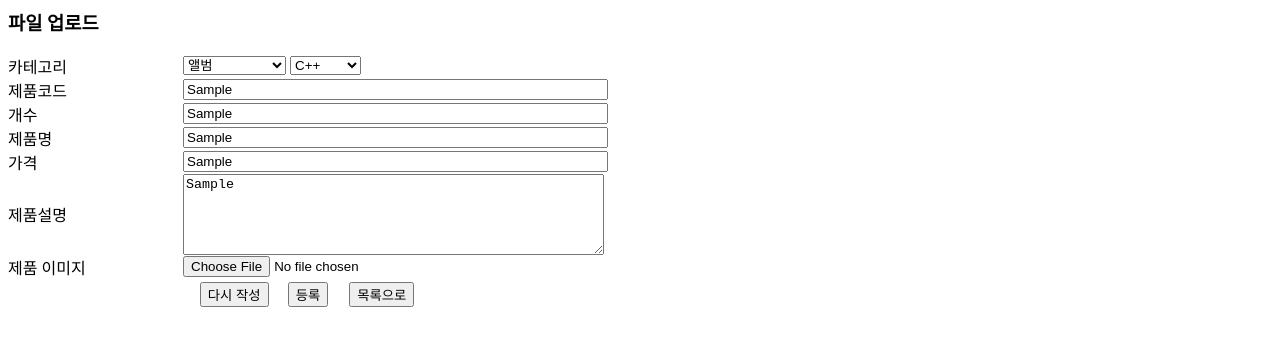
Repository: sjeong12/Photos
Page: http://localhost/LSJ_PHOTO/admin/addProduct.jsp
The author's editor kept a copy of each file at every save. The page is drawn from the files as they stood at one save, then again after the next save.
The browser window is 1280 px wide. The pictures show the whole page.
Empty fields were first filled with sample values (such as "Sample", 5 or name@example.com).
After loading, the first visible `#category` was changed once.
The page is served by Tomcat 9. Other server files are loaded and not shown.

Above is the page before, as saved 2016-12-07 03:53:34.

### LSJ_PHOTO/WebContent/admin/addProduct.jsp
<%@ page language="java" contentType="text/html; charset=utf-8" %>
<!DOCTYPE HTML PUBLIC "-//W3C//DTD HTML 4.0 Transitional//EN">
<HTML>
 <HEAD>
  <TITLE>제품 업로드</TITLE>
 </HEAD>

<script language=javascript>
function valid_check()
{
	if (document.frm_file.category.value == "")
	{
		alert("카테고리를 선택하세요");
		document.frm_file.category.focus();
		return false;
	}

	if (document.frm_file.sub_category.value == "")
	{
		alert("세부 카테고리를 선택하세요");
		document.frm_file.sub_category.focus();
		return false;
	}

	if (document.frm_file.code.value == "")
	{
		alert("제품코드를 입력바랍니다");
		document.frm_file.code.focus();
		return false;
	}

	for (var i = 0; i < document.frm_file.amount.value.length; i++)
	{
	if (document.frm_file.amount.value.charAt(i) < "0" || document.frm_file.amount.value.charAt(i) > "9")
	{
	alert("개수는 숫자로 입력해주세요");
	document.frm1.jumin1.focus();
	return;  }   }

	if (document.frm_file.name.value == "")
	{
		alert("제품명을 입력바랍니다");
		document.frm_file.name.focus();
		return false;
	}

	if (document.frm_file.price.value == "")
	{
		alert("가격을 입력바랍니다");
		document.frm_file.price.focus();
		return false;
	}

	for (var i = 0; i < document.frm_file.price.value.length; i++)
	{
	if (document.frm_file.price.value.charAt(i) < "0" || document.frm_file.price.value.charAt(i) > "9")
	{
	alert("가격은 숫자로 입력해주세요");
	document.frm1.jumin1.focus();
	return;  }   }

	if (document.frm_file.image.value == "")
	{
		alert("제품이미지를 첨부바랍니다");
		document.frm_file.image.focus();
		return false;
	}

	document.frm_file.submit();
}


function doChange(srcE, targetId){
    var val = srcE.value;
    var targetE = document.getElementById(targetId);
    var url;
    targetE.length = 0;
    switch (val) {
      case "1" :
        addOption(['C++', '/index1.jsp'], targetE);
        addOption(['Java', '/index2.jsp'], targetE);
        addOption(['Scheme', '/index3.jsp'], targetE);
      break;

      case "2" :
        addOption(['Visual Studio', '/index4.jsp'], targetE);
        addOption(['Netbeans', '/index5.jsp'], targetE);
        addOption(['Eclipse', '/index6.jsp'], targetE);
      break;
    }

}

function addOption(text, obj) {
  obj.options[obj.length] = new Option(text[0] ,text[1]);
}



function submit_list()
{
	document.frm_file.action = "/LSJ_PHOTO/home.jsp";
	document.frm_file.submit();
}

 </script>
<h3>파일 업로드</h3>
<BODY>
<FORM NAME = "frm_file" ACTION = "admin/addProduct_ok.jsp" METHOD = "post" ENCTYPE="multipart/form-data">
<TABLE WIDTH = "600" BORDER = "0" CellPadding = "0" CellSpacing = "0">
	<TR><TD WIDTH = "40%" ALIGN = "left">카테고리</TD>
        <TD WIDTH = "60%" ALIGN = "left">
        <SELECT NAME="category" id="category" onchange="doChange(this, 'sub_category')">
        <OPTION VALUE="">==카테고리==</OPTION>
        <OPTION VALUE="1">앨범</OPTION>
        <OPTION VALUE="2">액자</OPTION>
        <OPTION VALUE="3">디자인 소품</OPTION>
        </SELECT>

        <SELECT NAME="sub_category" id="sub_category">
       	<OPTION VALUE="">==세부 카테고리==</OPTION>
      	</SELECT>

       </TD>
    </TR>
	<TR>
		<TD WIDTH = "40%" ALIGN = "left">제품코드</TD>
		<TD WIDTH = "60%" ALIGN = "left">
			<INPUT TYPE = "text" SIZE = "50" MAXLENGTH = "10" NAME = "code">
		</TD>
	</TR>
	<TR>
		<TD WIDTH = "40%" ALIGN = "left">개수</TD>
		<TD WIDTH = "60%" ALIGN = "left">
			<INPUT TYPE = "text" SIZE = "50" MAXLENGTH = "10" NAME = "amount">
		</TD>
	</TR>
	<TR>
		<TD WIDTH = "40%" ALIGN = "left">제품명</TD>
		<TD WIDTH = "60%" ALIGN = "left">
			<INPUT TYPE ="text" NAME="name" SIZE = "50" MAXLENGTH = "50">
		</TD>
	</TR>
	<TR>
		<TD WIDTH = "40%" ALIGN = "left">가격</TD>
		<TD WIDTH = "60%" ALIGN = "left">
			<INPUT TYPE ="text" NAME="price" SIZE = "50" MAXLENGTH = "50">
		</TD>
	</TR>
	<TR>
		<TD WIDTH = "40%" ALIGN = "left">제품설명</TD>
		<TD WIDTH = "60%" ALIGN = "left">
			<TEXTAREA NAME="text" ROWS=5 COLS=50></TEXTAREA>
		</TD>
	</TR>
	<TR>
		<TD WIDTH = "40%" ALIGN = "left">제품 이미지</TD>
		<TD WIDTH = "60%" ALIGN = "left">
			<INPUT TYPE ="file" NAME="image" >
		</TD>
	</TR>
	<TR>
		<TD WIDTH = "100%" ALIGN = "center" COLSPAN = "2">
		<TABLE>
			<TR>
				<TD WIDTH = "33%" ALIGN = "center">
					<INPUT TYPE = "reset" VALUE = "다시 작성">
				</TD>
				<TD WIDTH = "34%" ALIGN = "center">
					<INPUT TYPE = "button" VALUE = "등록" onClick="valid_check()">
				</TD>
				<TD WIDTH = "33%" ALIGN = "center">
					<INPUT TYPE = "button" VALUE = "목록으로" onClick = "submit_list()">
				</TD>
			</TR>
		</TABLE>
		</TD>
	</TR>
</TABLE>
</FORM>
</BODY>
</HTML>

After the next save:
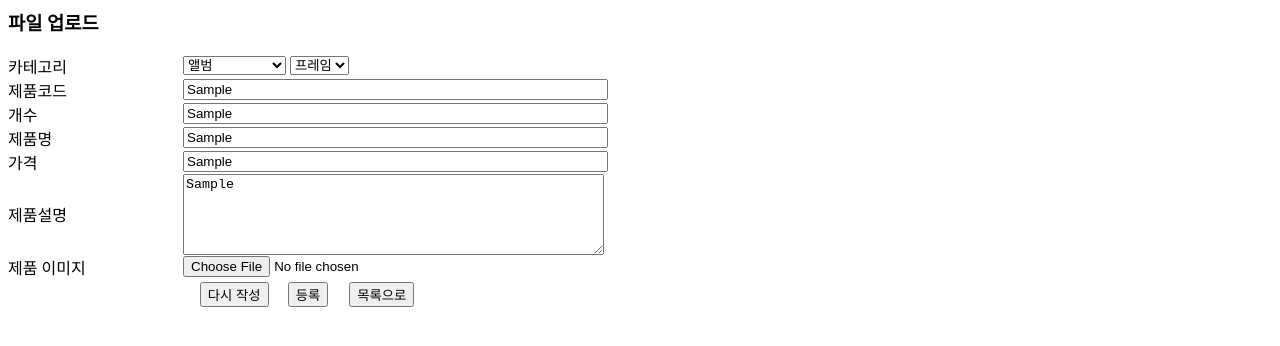
Saved 2 min 56 s later.
--- a/LSJ_PHOTO/WebContent/admin/addProduct.jsp
+++ b/LSJ_PHOTO/WebContent/admin/addProduct.jsp
@@ -77,16 +77,20 @@ function doChange(srcE, targetId){
     targetE.length = 0;
     switch (val) {
       case "1" :
-        addOption(['C++', '/index1.jsp'], targetE);
-        addOption(['Java', '/index2.jsp'], targetE);
-        addOption(['Scheme', '/index3.jsp'], targetE);
+        addOption(['프레임', '1'], targetE);
+        addOption(['용지', '2'], targetE);
       break;
 
       case "2" :
-        addOption(['Visual Studio', '/index4.jsp'], targetE);
-        addOption(['Netbeans', '/index5.jsp'], targetE);
-        addOption(['Eclipse', '/index6.jsp'], targetE);
+        addOption(['커버', '3'], targetE);
+        addOption(['용지', '4'], targetE);
       break;
+
+      case "3" :
+          addOption(['쿠션', '5'], targetE);
+          addOption(['머그컵', '6'], targetE);
+          addOption(['액세서리', '7'], targetE);
+        break;
     }
 
 }
